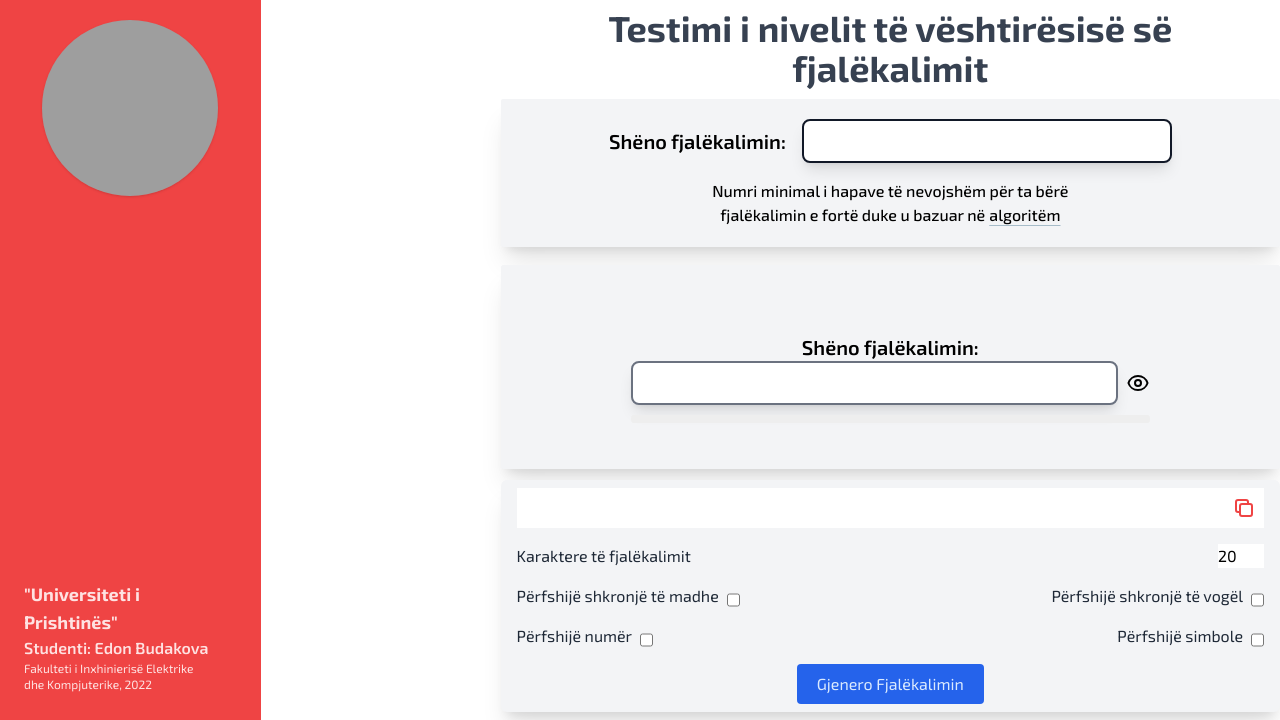
Repository: edonb99/Testing-the-level-of-password-difficulty
Page: /
An editor plug-in stored every save of this project. The page is shown before and after a run of saves, followed by the edit.
The browser window is 1280 px wide. The pictures show the whole page.
Pictures or frames that could not be fetched are drawn as grey boxes. The project was rebuilt for these pictures with package versions that can differ from the ones it lists, and the page was loaded fresh each time.

Above is the page before, as saved 2022-03-22 14:47:02.

### src/index.css
@tailwind base;
@tailwind components;
@tailwind utilities;

::selection {
    background: #800000;
    color: #fff;
  }

  * {
    font-family: 'Exo 2', sans-serif;
  }

### src/App.js
import React, { useState } from "react";
import GeneratePass from "./components/GeneratePass";
import PasswordChecker from "./components/PasswordChecker";
import Sidebar from "./components/Sidebar";
import Algoritmi from "./components/Algoritmi";
const App = () => {
  const [userInfo, setuserInfo] = useState({
    password: "",
  });

  const [passwordShown, setPasswordShown] = useState(false);

  const [isError, setError] = useState(null);
  const handleChangePassword = (e) => {
    let password = e.target.value;
    setuserInfo({
      ...userInfo,
      password: e.target.value,
    });
    setError(null);
    let capsCount, smallCount, numberCount, symbolCount;
    if (password.length < 6) {
      setError(
        "Fjalëkalimi duhet të ketë së paku 6 karaktere duke përfshirë një shkronjë të madhe, të vogël, një numër dhe simbol"
      );
      return;
    } else {
      capsCount = (password.match(/[A-Z]/g) || []).length;
      smallCount = (password.match(/[a-z]/g) || []).length;
      numberCount = (password.match(/[0-9]/g) || []).length;
      symbolCount = (password.match(/\W/g) || []).length;

      if (capsCount < 1) {
        setError("Duhet të ketë së paku një shkronjë të madhe");
        return;
      } else if (smallCount < 1) {
        setError("Duhet të ketë së paku një shkronjë të vogël");
        return;
      } else if (numberCount < 1) {
        setError("Duhet të ketë së paku një numër");
        return;
      } else if (symbolCount < 1) {
        setError("Duhet të ketë së paku një karakter special");
        return;
      }
    }
  };

  const [isStrength, setStrength] = useState(null);
  const dataHandler = async (childData) => {
    setStrength(childData);
  };

  const onSubmit = async (event) => {
    try {
      event.preventDefault();
      event.persist();
      console.log(userInfo.password);
    } catch (error) {
      throw error;
    }
  };

  const togglePassword = () => {
    setPasswordShown(!passwordShown);
  };

  return (
    <div className="flex flex-col w-full md:h-screen md:flex-row md:space-x-60">
      <Sidebar />

      <div className="flex flex-col justify-between m-0">
        <h1 className="p-2 m-0 text-2xl font-bold text-center text-gray-700 md:text-4xl">
          Testimi i nivelit të vështirësisë së fjalëkalimit
        </h1>

        <Algoritmi />
        <div className="box-border m-0 bg-white">
          <div className="max-w-4xl mx-auto my-0 text-center bg-gray-100 rounded-sm shadow-xl ">
            <div className="flex flex-col items-center justify-between px-0">
              <form
                onSubmit={onSubmit}
                className="flex flex-col items-stretch w-4/5 px-0 pt-2 pb-4 md:w-2/3"
              >
                <label
                  className="flex items-center h-12 mb-3 text-sm font-semibold"
                  htmlFor="password"
                >
                  {isError !== null && (
                    <p className="text-left text-red-600 "> {isError}</p>
                  )}
                </label>
                <h3 className="text-base font-normal md:text-xl md:font-semibold">
                  Shëno fjalëkalimin:{" "}
                </h3>
                <div className="flex flex-row space-x-2">
                  <input
                    className="w-full p-4 text-xl bg-white border-2 border-gray-500 border-solid rounded-lg shadow-lg h-11 md:h-11 "
                    type={passwordShown ? "text" : "password"}
                    id="password"
                    name="password"
                    onChange={handleChangePassword}
                    required
                  />
                  <button onClick={togglePassword}>
                    <svg
                      xmlns="http://www.w3.org/2000/svg"
                      className="w-6 h-6 hover:stroke-green-500"
                      fill="none"
                      viewBox="0 0 24 24"
                      stroke="currentColor"
                      onClick={togglePassword}
                    >
                      <path
                        strokeLinecap="round"
                        strokeLinejoin="round"
                        strokeWidth={2}
                        d="M15 12a3 3 0 11-6 0 3 3 0 016 0z"
                      />
                      <path
                        strokeLinecap="round"
                        strokeLinejoin="round"
                        strokeWidth={2}
                        d="M2.458 12C3.732 7.943 7.523 5 12 5c4.478 0 8.268 2.943 9.542 7-1.274 4.057-5.064 7-9.542 7-4.477 0-8.268-2.943-9.542-7z"
                      />
                    </svg>
                  </button>
                </div>
                <PasswordChecker
                  password={userInfo.password}
                  actions={dataHandler}
                />
                {isStrength === "Strong" && (
                  <button
                    type="submit"
                    className="h-10 py-2 text-lg text-white border-0 rounded-lg outline-none bg-gradient-to-br from-gray-300 to-gray-900 px-7"
                  >
                    Fjalëkalimi në rregull{" "}
                  </button>
                )}
              </form>
            </div>
          </div>
        </div>
        <GeneratePass />
      </div>
    </div>
  );
};
export default App;

### src/components/GeneratePass.jsx
import React, { useState } from "react";

import { toast } from "react-toastify";
import {
  numbers,
  upperCaseLetters,
  lowerCaseLetters,
  specialCharacters,
} from "../utils/characters.js";
import { COPY_SUCCESS } from "../utils/message";

const GeneratePass = () => {
  const [password, setPassword] = useState("");
  const [passwordLength, setPasswordLength] = useState(20);
  const [includeUppercase, setIncludeUppercase] = useState(false);
  const [includeLowercase, setIncludeLowercase] = useState(false);
  const [includeNumbers, setIncludeNumbers] = useState(false);
  const [includeSymbols, setIncludeSymbols] = useState(false);

  const handleGeneratePassword = (e) => {
    if (
      !includeUppercase &&
      !includeLowercase &&
      !includeNumbers &&
      !includeSymbols
    ) {
      notify("You must Select atleast one option", true);
    }
    let characterList = "";

    if (includeLowercase) {
      characterList = characterList + lowerCaseLetters;
    }

    if (includeUppercase) {
      characterList = characterList + upperCaseLetters;
    }

    if (includeNumbers) {
      characterList = characterList + numbers;
    }

    if (includeSymbols) {
      characterList = characterList + specialCharacters;
    }

    setPassword(createPassword(characterList));
  };
  const createPassword = (characterList) => {
    let password = "";
    const characterListLength = characterList.length;

    for (let i = 0; i < passwordLength; i++) {
      const characterIndex = Math.round(Math.random() * characterListLength);
      password = password + characterList.charAt(characterIndex);
    }
    return password;
  };

  const copyToClipboard = () => {
    const newTextArea = document.createElement("textarea");
    newTextArea.innerText = password;
    document.body.appendChild(newTextArea);
    newTextArea.select();
    document.execCommand("copy");
    newTextArea.remove();
  };

  const notify = (message, hasError = false) => {
    if (hasError) {
      toast.error(message, {
        position: "top-center",
        autoClose: 5000,
        hideProgressBar: false,
        closeOnClick: true,
        pauseOnHover: true,
        draggable: true,
        progress: undefined,
      });
    } else {
      toast(message, {
        position: "top-center",
        autoClose: 5000,
        hideProgressBar: false,
        closeOnClick: true,
        pauseOnHover: true,
        draggable: true,
        progress: undefined,
      });
    }
  };

  const handleCopyPassword = (e) => {
    if (password === "") {
      notify("Nothing To Copy", true);
    } else {
      copyToClipboard();
      notify(COPY_SUCCESS);
    }
  };

  return (
    <div className="w-full mx-auto my-0 mt-2">
      <div className="px-4 py-2 mb-2 bg-gray-100 rounded-md shadow-xl">
        <div className="flex flex-row justify-between px-0 py-2 mb-4 bg-white md:px-2">
          <h3 className="text-base font-normal md:font-semibold">{password}</h3>
          <button
            onClick={handleCopyPassword}
            className="text-red-500 bg-white border-none cursor-pointer top-1 right-1 "
          >
            <svg
              xmlns="http://www.w3.org/2000/svg"
              className="flex w-6 h-6"
              fill="none"
              viewBox="0 0 24 24"
              stroke="currentColor"
            >
              <path
                strokeLinecap="round"
                strokeLinejoin="round"
                strokeWidth={2}
                d="M8 16H6a2 2 0 01-2-2V6a2 2 0 012-2h8a2 2 0 012 2v2m-6 12h8a2 2 0 002-2v-8a2 2 0 00-2-2h-8a2 2 0 00-2 2v8a2 2 0 002 2z"
              />
            </svg>
          </button>
        </div>

        <div className="flex flex-row justify-between mb-2 md:mb-4">
          <label htmlFor="password-strength" className="text-gray-800">
            Karaktere të fjalëkalimit
          </label>
          <input
            defaultValue={passwordLength}
            onChange={(e) => setPasswordLength(e.target.value)}
            type="number"
            id="password-strength"
            name="password-strength"
            max="20"
            min="10"
          />
        </div>

        <div className="flex flex-col justify-between md:flex-row">
          <div className="flex flex-row justify-between mb-2 text-gray-800 md:mb-4">
            <label htmlFor="uppercase-letters">
              Përfshijë shkronjë të madhe
            </label>
            <input
              checked={includeUppercase}
              onChange={(e) => setIncludeUppercase(e.target.checked)}
              type="checkbox"
              id="uppercase-letters"
              name="uppercase-letters"
              className="mt-2 ml-2"
            />
          </div>

          <div className="flex justify-between mb-2 text-gray-800 md:mb-4">
            <label htmlFor="lowercase-letters">
              Përfshijë shkronjë të vogël
            </label>
            <input
              checked={includeLowercase}
              onChange={(e) => setIncludeLowercase(e.target.checked)}
              type="checkbox"
              id="lowercase-letters"
              name="lowercase-letters"
              className="mt-2 ml-2"
            />
          </div>
        </div>

        <div className="flex flex-col md:flex-row md:justify-between">
          <div className="flex justify-between mb-2 text-gray-800 md:mb-4">
            <label htmlFor="include-numbers">Përfshijë numër</label>
            <input
              checked={includeNumbers}
              onChange={(e) => setIncludeNumbers(e.target.checked)}
              type="checkbox"
              id="include-numbers"
              name="include-numbers"
              className="mt-2 ml-2"
            />
          </div>

          <div className="flex justify-between mb-2 text-gray-800 md:mb-4">
            <label htmlFor="include-symbols">Përfshijë simbole</label>
            <input
              checked={includeSymbols}
              onChange={(e) => setIncludeSymbols(e.target.checked)}
              type="checkbox"
              id="include-symbols"
              name="include-symbols"
              className="mt-2 ml-2"
            />
          </div>
        </div>

        <button
          onClick={handleGeneratePassword}
          className="block w-full p-2 mx-auto my-0 text-base text-blue-100 transition-all duration-500 bg-blue-600 border-none rounded md:w-1/4 translate scale hover:scale-110 hover:bg-blue-900 hover:text-blue-200 curser-pointer"
        >
          Gjenero Fjalëkalimin
        </button>
      </div>
    </div>
  );
};

export default GeneratePass;

### src/components/PasswordChecker.jsx
import React from "react";
import "../styles/password.css";
const PasswordChecker = (props) => {
  const { password } = props;

  const testedResult = password;
  const createPasswordLabel = () => {
    let score = 0;
    let regexPositive = ["[A-Z]", "[a-z]", "[0-9]", "\\W"];
    regexPositive.forEach((regex, index) => {
      if (new RegExp(regex).test(testedResult)) {
        score += 1;
      }
    });
    switch (score) {
      case 0:
        return {
          value: 0,
          info: "",
        };
      case 1:
        return {
          value: 1,
          info: "Dobët",
        };
      case 2:
        return {
          value: 2,
          info: "Mirë",
        };
      case 3:
        return {
          value: 3,
          info: "ShumëMirë",
        };
      case 4:
        return {
          value: 4,
          info: "Fuqishëm",
        };
      default:
        return null;
    }
  };
  {
    props.actions(createPasswordLabel().info);
  }

  return (
    <div className="w-full h-12 password-strength-meter ">
      <progress
        className={`password-strength-meter-progress strength-${
          createPasswordLabel().info
        }`}
        value={createPasswordLabel().value}
        max="4"
      />
      <br />
      <p className="text-base">

        {password && (
          <p

            className={`text-center text-base  md:text-xl font-medium password__label strength-${
              createPasswordLabel().info
            }`}
          >
            Fuqia e fjalëkalimit: <span>{createPasswordLabel().info} </span>
          </p>
        )}

      </p>
    </div>
  );
};
export default PasswordChecker;

### src/components/Sidebar.jsx
import React from "react";

const Sidebar = () => {
  return (
    <div className="flex flex-row-reverse items-center justify-between pb-2 pl-3 bg-red-500 md:flex-col md:px-6 md:justify-between">
      <div className="mt-5 w-44 h-44">
        <a
          title="Universiteti i Prishtinës"
          href="https://fiek.uni-pr.edu/"
          target="_blank"
          rel="noreferrer"
          class="block w-32 h-32 md:w-44 md:h-44 transition-all rounded-full shadow hover:shadow-xl transform scale hover:scale-110 duration-300"
        >
          <img
            class="object-cover object-center w-full h-full rounded-full"
            alt=""
            src="https://upload.wikimedia.org/wikipedia/commons/thumb/e/e1/University_of_Prishtina_logo.svg/2053px-University_of_Prishtina_logo.svg.png"
          />
        </a>
      </div>
      <div className="mb-5 text-left transition-all duration-500 transform scale hover:shadow-lg transform-all hover:scale-125">
        <h1 className="text-base font-bold text-red-100 md:text-lg">
          "Universiteti i Prishtinës"
        </h1>
        <h2 className="text-sm font-semibold text-red-100 md:text-base">
          Studenti: Edon Budakova
        </h2>
        <h3 className="text-xs font-normal text-red-100 md:text-xs">
          Fakulteti i Inxhinierisë Elektrike <br /> dhe Kompjuterike, 2022
        </h3>
      </div>
    </div>
  );
};

export default Sidebar;

### src/components/Algoritmi.jsx
import React, { useState } from "react";

export default function Algoritmi() {
  const [result, setResult] = useState("");

  function strongPasswordChecker(password) {
    let adds = Math.max(0, 6 - password.length);
    let subs = Math.max(0, password.length - 20);

    let lower = (password.match(/[a-z]/g) ?? []).length === 0 ? 1 : 0;
    let upper = (password.match(/[A-Z]/g) ?? []).length === 0 ? 1 : 0;
    let number = (password.match(/[0-9]/g) ?? []).length === 0 ? 1 : 0;
    let mods = lower + upper + number;
    let tris = (password.match(/(.)\1{2,2}/g) ?? []).length;

    let grps = (password.match(/(.)\1{2,}/g) ?? []).map((value) => {
      return value.length;
    });
    for (let i = subs; i && grps.length; i--) {
      grps = grps
        .filter((k) => {
          return k >= 3;
        })
        .sort((a, b) => {
          return (a % 3) - (b % 3);
        });
      tris -= grps[0] % 3 === 0 ? 1 : 0;
      grps[0]--;
    }

    let steps = 0;
    steps = Math.max(steps, tris);
    steps = Math.max(steps, mods);
    steps = Math.max(steps, adds);
    steps = steps + subs;
    setResult(steps);
  }

  return (
    <div className="mb-4">
      <div className="box-border m-0 ">
        <div className="max-w-4xl p-5 mx-auto my-0 text-center bg-gray-100 rounded-sm shadow-xl ">
          <div className="flex flex-col items-center justify-between"></div>
          <div className="flex flex-col md:flex-row md:space-x-4 md:justify-center md:items-center ">
            <h2 className="text-base font-normal md:text-xl md:font-semibold">
              Shëno fjalëkalimin:{" "}
            </h2>
            <input
              type="text"
              className="w-full h-8 p-4 text-xl bg-white border-2 border-gray-900 border-solid rounded-lg shadow-lg md:w-1/2 md:h-11"
              onChange={(e) => strongPasswordChecker(e.target.value)}
            ></input>
          </div>
          <div className="flex flex-row items-start justify-start mt-4 md:items-center md:justify-center">
            <div className="flex flex-col items-start justify-start space-x-4">
              <p className="text-sm font-medium md:mx-2 md:text-base">
                Numri minimal i hapave të nevojshëm për ta bërë
              </p>
              <p className="text-sm font-medium md:mx-2 md:text-base">
                {" "}
                fjalëkalimin e fortë duke u bazuar në
                <a
                  href="https://leetcode.com/problems/strong-password-checker/" rel="noreferrer"
                  target="_blank"
                  className="underline underline-offset-4
                          decoration-sky-900/[.33] ml-1"
                >
                  algoritëm
                </a>
              </p>
            </div>
            <div className="text-5xl font-semibold text-red-500 ">{result}</div>
          </div>
        </div>
      </div>
    </div>
  );
}

### src/utils/characters.js
export const numbers = '0123456789'
export const upperCaseLetters = 'ABCDEFGHIJKLMNOPQRSTUVWXYZ'
export const lowerCaseLetters = 'abcdefghijklmnopqrstuvwxyz'
export const specialCharacters = "@$!%*?&"

### src/utils/message.js
export const COPY_SUCCESS = 'Password successfully copied to clipboard'

### src/styles/password.css
.password-strength-meter {
    text-align: left;
  }
  .password-strength-meter-progress {
    -webkit-appearance: none;
    appearance: none;
    width: 100%;
    height: 8px;
  }
  .password-strength-meter-progress::-webkit-progress-bar {
    background-color: #eee;
    border-radius: 3px;
  }
  .password-strength-meter-label {
    font-size:  16px;
  }
  .password-strength-meter-progress::-webkit-progress-value {
    border-radius: 2px;
    background-size: 35px 20px, 100% 100%, 100% 100%;
  }
  .password__label{margin-top:10px;margin-bottom: 0px;}

  .strength-Dobët::-webkit-progress-value {
    background-color: #ff0400;
  }
  .strength-Mirë::-webkit-progress-value {
    background-color: #ffcc00;
  }
  .strength-ShumëMirë::-webkit-progress-value {
    background-color: #00b3ff;
  }
  .strength-Fuqishëm::-webkit-progress-value {
    background-color: #03b11a;
  }
  .strength-Dobët span {
    color: #ff0400;
  }
  .strength-Mirë span {
    color: #ffcc00;
  }
  .strength-ShumëMirë span {
    color: #00b3ff;
  }
  .strength-Fuqishëm span {
    color: #03b11a;
  }

Loaded but not shown: public/index.html (common file); src/index.js (common file); tailwind.config.js (common file)

After the next 2 saves:
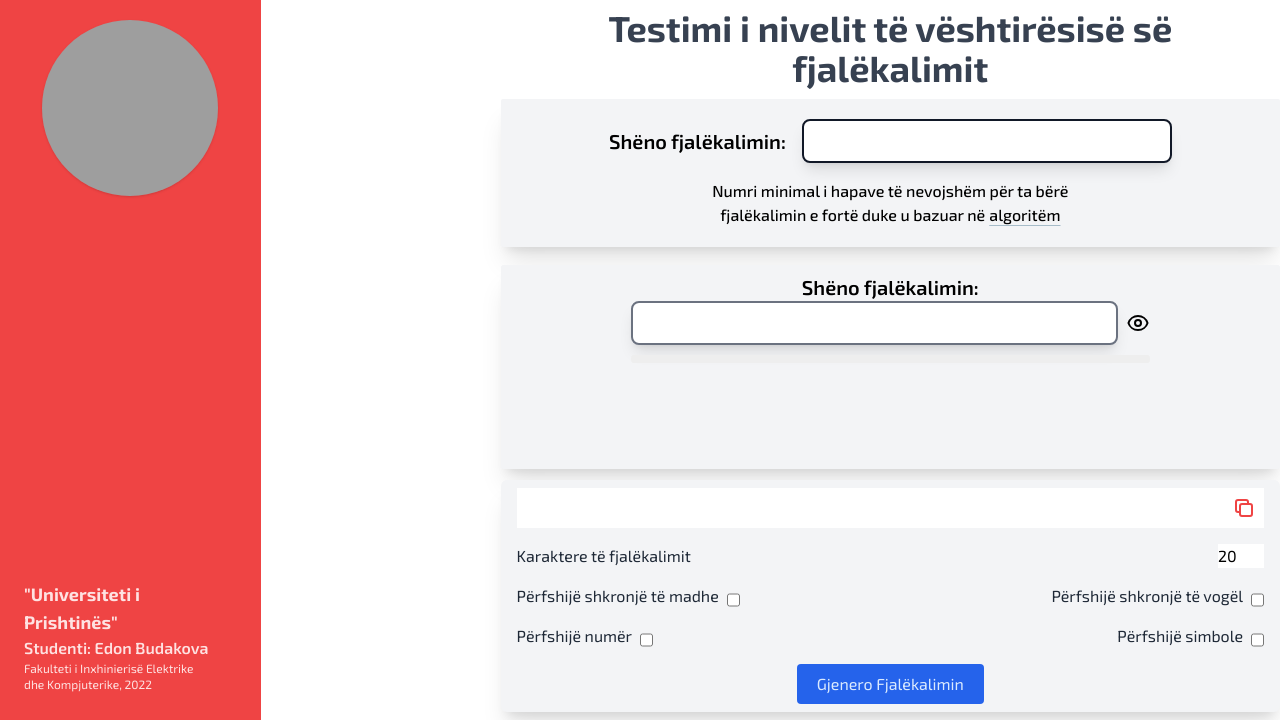
The 2 saves are shown as one change because they came seconds apart.
The last was saved 61 s later.
--- a/src/App.js
+++ b/src/App.js
@@ -82,14 +82,7 @@ const App = () => {
                 onSubmit={onSubmit}
                 className="flex flex-col items-stretch w-4/5 px-0 pt-2 pb-4 md:w-2/3"
               >
-                <label
-                  className="flex items-center h-12 mb-3 text-sm font-semibold"
-                  htmlFor="password"
-                >
-                  {isError !== null && (
-                    <p className="text-left text-red-600 "> {isError}</p>
-                  )}
-                </label>
+
                 <h3 className="text-base font-normal md:text-xl md:font-semibold">
                   Shëno fjalëkalimin:{" "}
                 </h3>
@@ -138,6 +131,14 @@ const App = () => {
                     Fjalëkalimi në rregull{" "}
                   </button>
                 )}
+                <label
+                  className="flex items-center h-12 mb-3 text-sm font-semibold"
+                  htmlFor="password"
+                >
+                  {isError !== null && (
+                    <p className="text-left text-red-600 "> {isError}</p>
+                  )}
+                </label>
               </form>
             </div>
           </div>
